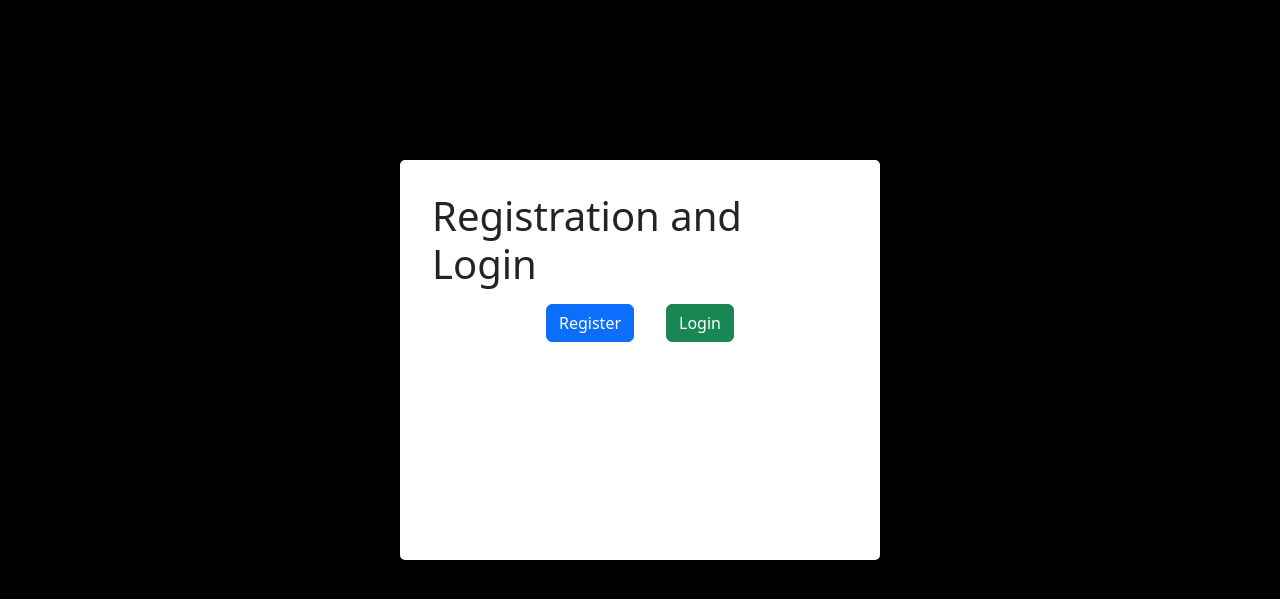
Repository: tran-thien-nhan/quiz_tlln
Page: sign_in_log_in.html
An editor plug-in stored every save of this project. The page is shown before and after the next save, followed by the edit.
The browser window is 1280 px wide. The pictures show the whole page.

Above is the page before, as saved 2023-06-27 16:00:05.

### sign_in_log_in.html
<!DOCTYPE html>
<html lang="en">

<head>
  <meta charset="UTF-8">
  <meta name="viewport" content="width=device-width, initial-scale=1.0">
  <link rel="stylesheet" href="https://cdn.jsdelivr.net/npm/bootstrap@5.3.0/dist/css/bootstrap.min.css">
  <style>
    body {
      background-color: black;
      display: flex;
      justify-content: center;
      align-items: center;
      height: 100vh;
    }

    .container {
      background-color: #fff;
      padding: 2rem;
      width: 30rem;
      height: 25rem;
      border-radius: 5px;
    }

    .form-group {
      display: none;
    }

    #button-group {
      display: flex;
      justify-content: center;
      margin-top: 1rem;
      align-items: center;
    }
  </style>
  <title>Registration and Login</title>
</head>

<body>
  <div class="container">
    <h1>Registration and Login</h1>
    <div id="registration-form" class="form-group">
      <h2>Registration</h2>
      <form id="registerForm">
        <div class="mb-3">
          <label for="registerUsername" class="form-label">Username</label>
          <input type="text" class="form-control" id="registerUsername" required>
        </div>
        <div class="mb-3">
          <label for="registerPassword" class="form-label">Password</label>
          <input type="password" class="form-control" id="registerPassword" required>
        </div>
        <button id="regis-btn" type="submit" class="btn btn-primary">Register</button>
      </form>
    </div>

    <div id="login-form" class="form-group">
      <h2>Login</h2>
      <form id="loginForm">
        <div class="mb-3">
          <label for="loginUsername" class="form-label">Username</label>
          <input type="text" class="form-control" id="loginUsername" required>
        </div>
        <div class="mb-3">
          <label for="loginPassword" class="form-label">Password</label>
          <input type="password" class="form-control" id="loginPassword" required>
        </div>
        <button id="login-btn" type="submit" class="btn btn-primary">Login</button>
      </form>
    </div>

    <div id="button-group">
      <button id="registerBtn" class="btn btn-primary" style="margin-right: 2rem;">Register</button>
      <button id="loginBtn" class="btn btn-success">Login</button>
    </div>
  </div>

  <script>
    // Function to set a cookie
    function setCookie(name, value, days) {
      var expires = "";
      if (days) {
        var date = new Date();
        date.setTime(date.getTime() + (days * 24 * 60 * 60 * 1000));
        expires = "; expires=" + date.toUTCString();
      }
      document.cookie = name + "=" + (value || "") + expires + "; path=/";
    }

    // Function to get a cookie value
    function getCookie(name) {
      var nameEQ = name + "=";
      var ca = document.cookie.split(';');
      for (var i = 0; i < ca.length; i++) {
        var c = ca[i];
        while (c.charAt(0) == ' ') {
          c = c.substring(1, c.length);
        }
        if (c.indexOf(nameEQ) == 0) {
          return c.substring(nameEQ.length, c.length);
        }
      }
      return null;
    }

    // Function to delete a cookie
    function deleteCookie(name) {
      document.cookie = name + '=; expires=Thu, 01 Jan 1970 00:00:01 GMT; path=/;';
    }

    // Show registration form and hide login form
    function showRegistrationForm() {
      document.getElementById("registration-form").style.display = "block";
      document.getElementById("login-form").style.display = "none";
      document.getElementById("regis-btn").style.display = "none";
    }

    // Show login form and hide registration form
    function showLoginForm() {
      document.getElementById("registration-form").style.display = "none";
      document.getElementById("login-form").style.display = "block";
      document.getElementById("login-btn").style.display = "none";
    }

    // Registration form submission handler
    document.getElementById("registerForm").addEventListener("submit", function (event) {
      event.preventDefault();
      var username = document.getElementById("registerUsername").value;
      var password = document.getElementById("registerPassword").value;
      setCookie("username", username, 7);
      setCookie("password", password, 7);
      alert("Registration successful!");
    });

    // Login form submission handler
    document.getElementById("loginForm").addEventListener("submit", function (event) {
      event.preventDefault();
      var username = document.getElementById("loginUsername").value;
      var password = document.getElementById("loginPassword").value;
      var storedUsername = getCookie("username");
      var storedPassword = getCookie("password");
      if (username === storedUsername && password === storedPassword) {
        alert("Login successful!");
        window.location.href = "index.html"; // Chuyển hướng sang trang index.html
      } else {
        alert("Invalid username or password.");
      }
    });

    // Button click event handlers
    document.getElementById("registerBtn").addEventListener("click", showRegistrationForm);
    document.getElementById("loginBtn").addEventListener("click", showLoginForm);
  </script>
</body>

</html>

After the next save:
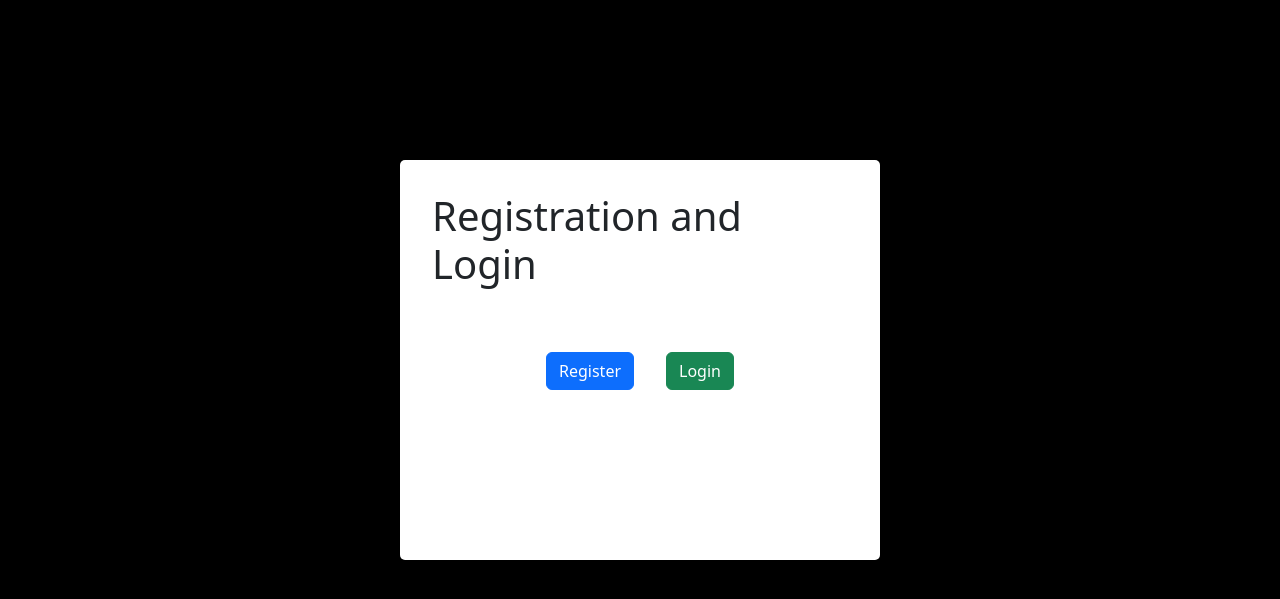
Saved 11 s later.
--- a/sign_in_log_in.html
+++ b/sign_in_log_in.html
@@ -29,8 +29,7 @@
     #button-group {
       display: flex;
       justify-content: center;
-      margin-top: 1rem;
-      align-items: center;
+      margin-top: 4rem;
     }
   </style>
   <title>Registration and Login</title>

After the save that followed:
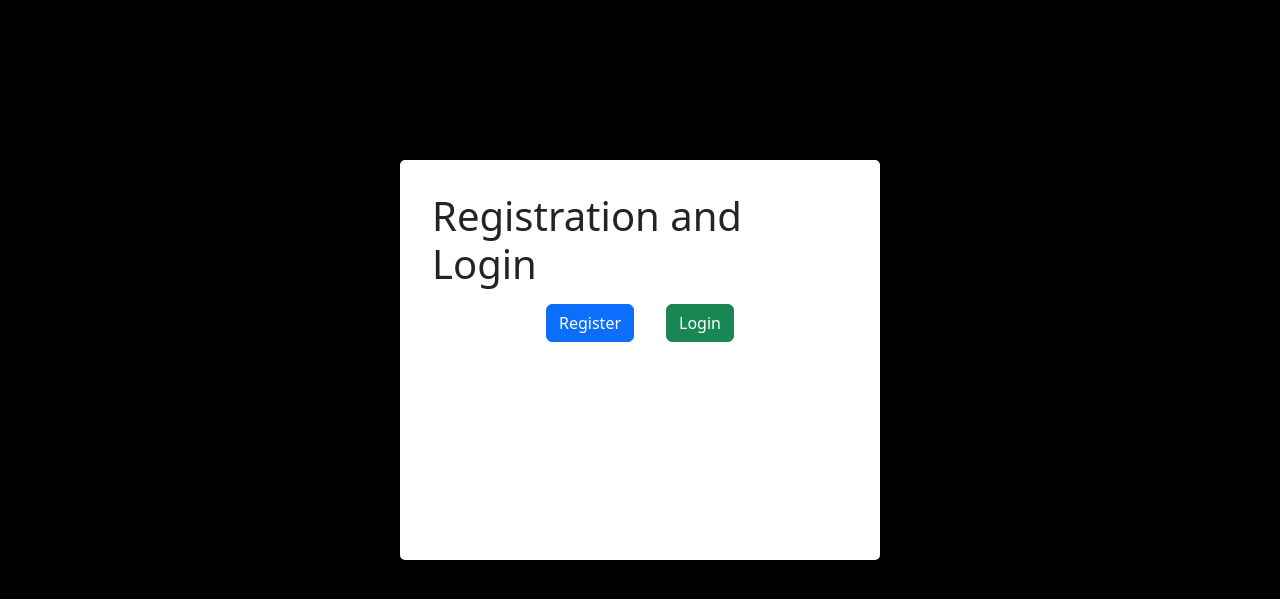
Saved 4 s later.
--- a/sign_in_log_in.html
+++ b/sign_in_log_in.html
@@ -29,7 +29,7 @@
     #button-group {
       display: flex;
       justify-content: center;
-      margin-top: 4rem;
+      margin-top: 1rem;
     }
   </style>
   <title>Registration and Login</title>
